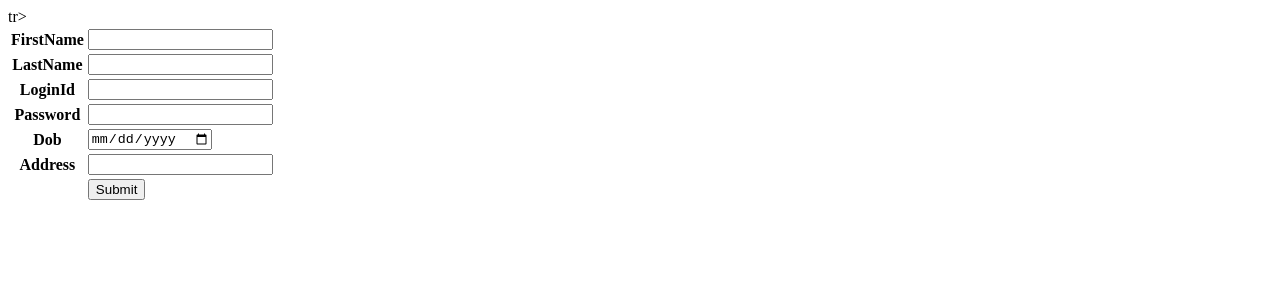
Repository: rish1208/Advance_java
Page: http://localhost/Use-case/UserView.jsp
These files come from the project's save history. The page is drawn as it stood at one moment and after the next save; the edit follows.
The browser window is 1280 px wide. The pictures show the whole page.
The page is served by Tomcat 9.

Above is the page before, as saved 2024-04-07 18:34:39.

After the next save:
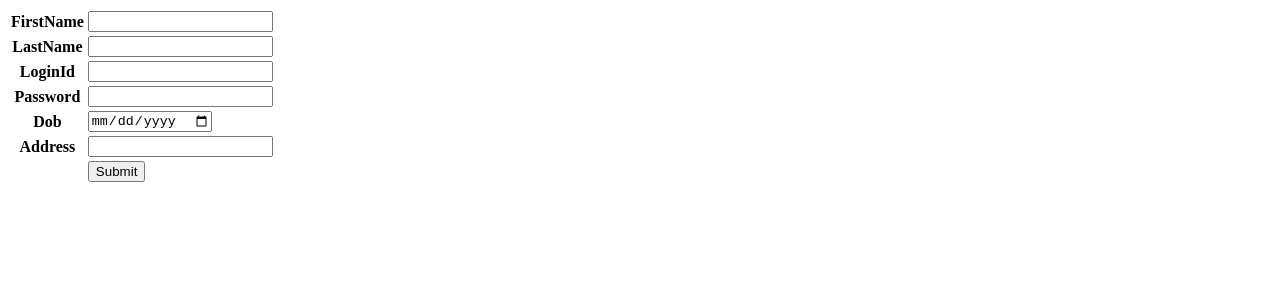
Saved 106 s later.
--- a/Advance java Workspace/Use-case/WebContent/UserView.jsp
+++ b/Advance java Workspace/Use-case/WebContent/UserView.jsp
@@ -35,7 +35,7 @@
 				<td><input type="Date"name="dob"></td>
 			</tr>
 
-			tr>
+			<tr>
 				<th>Address</th>
 				<td><input type="text"name="address"></td>
 			</tr>
